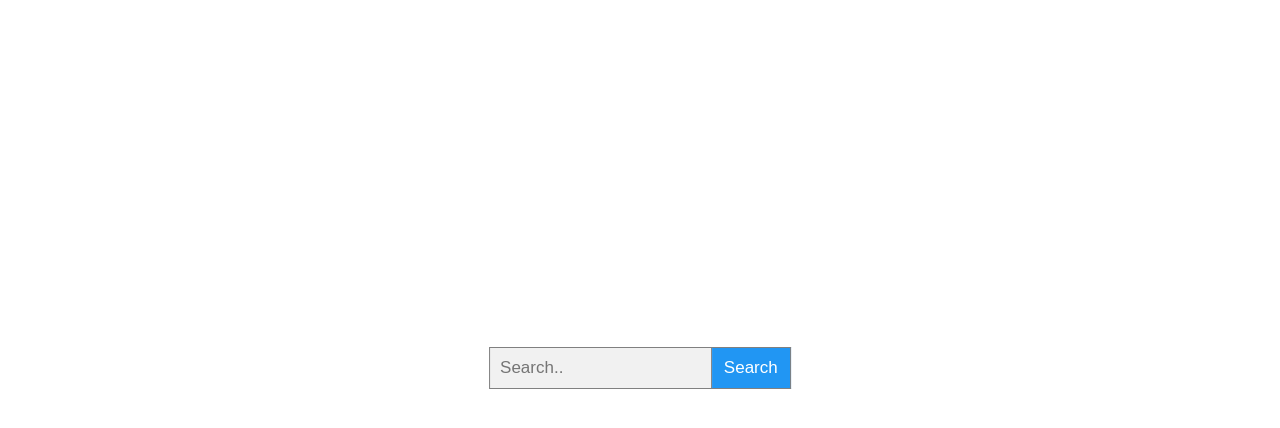
Repository: bek2d/VkAnalyticTool
Page: http://localhost/search
The author's editor kept a copy of each file at every save. The page is drawn from the files as they stood at one save, then again after the next save.
The browser window is 1280 px wide. The pictures show the whole page.
The page is served by the project's application, run on Flask 3 (app.py).

Above is the page before, as saved 2022-04-17 16:54:12.

After the next save:
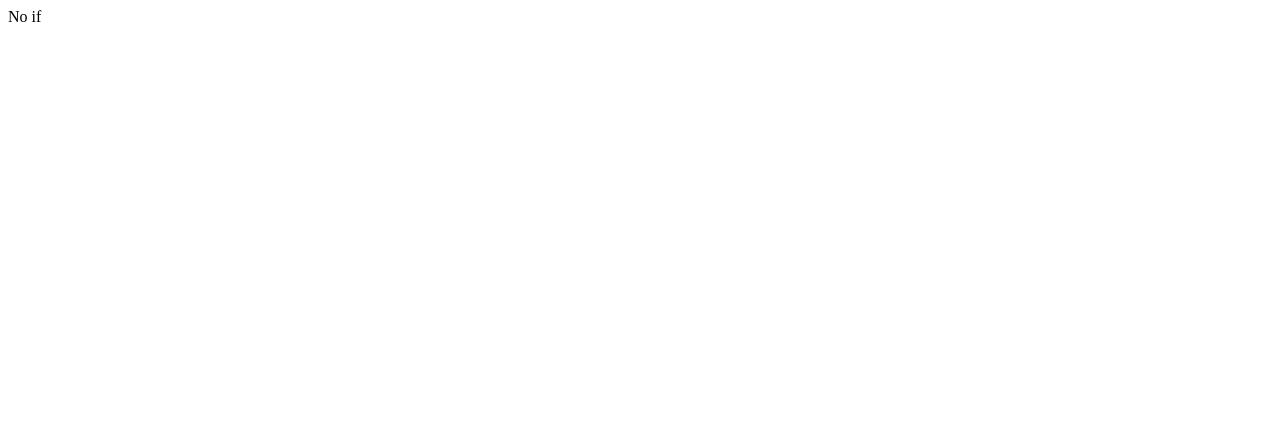
Saved 88 s later.
--- a/app.py
+++ b/app.py
@@ -34,12 +34,11 @@
         data = cursor.fetchall()
         # all in the search box will return all the tuples
         return render_template('search.html', data=data)
-    return render_template('search.html')
+    return "No if"
 
 # create route named google that will accept search term from the user
 @app.route('/google')
 def google():
     return render_template('google.html')
-
 if __name__ == '__main__':
     app.run(debug=True)

After the save that followed:
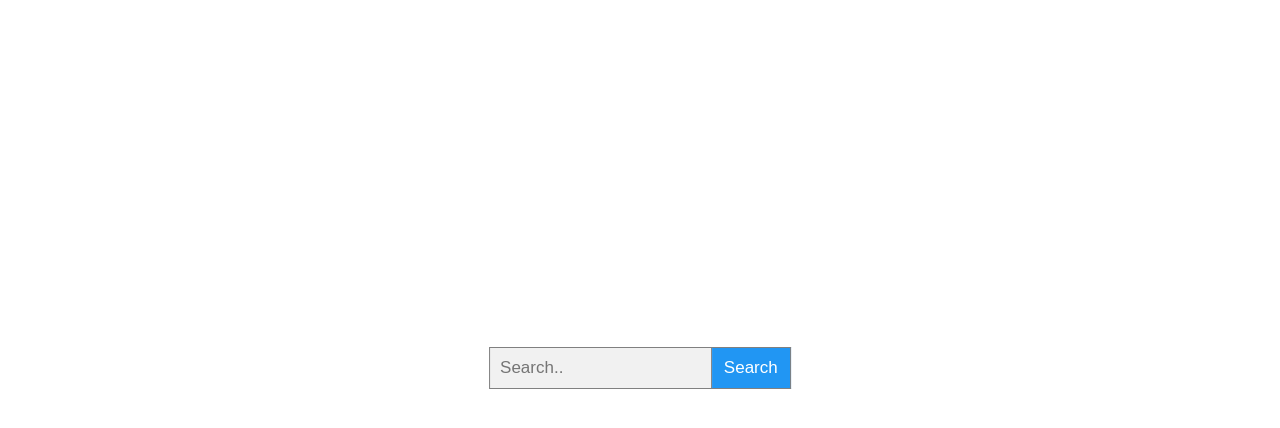
Saved 23 s later.
--- a/app.py
+++ b/app.py
@@ -34,7 +34,7 @@
         data = cursor.fetchall()
         # all in the search box will return all the tuples
         return render_template('search.html', data=data)
-    return "No if"
+    return render_template('search.html')
 
 # create route named google that will accept search term from the user
 @app.route('/google')
